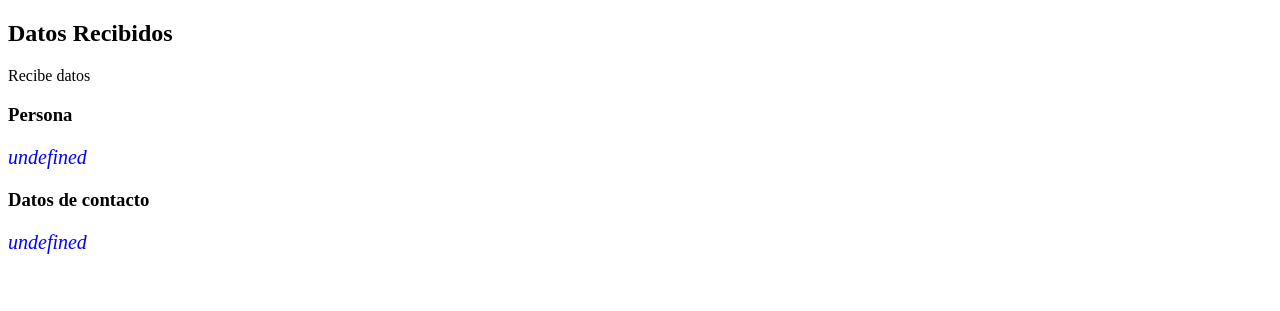
Repository: UVMCoyoacan/VEFY
Page: recibedatosFormCV.html
These files come from the project's save history. The page is drawn as it stood at one moment and after the next save; the edit follows.
The browser window is 1280 px wide. The pictures show the whole page.

Above is the page before, as saved 2024-03-01 11:59:28.
Console error: TypeError: decodeURIComponent is not iterable

After the next save:
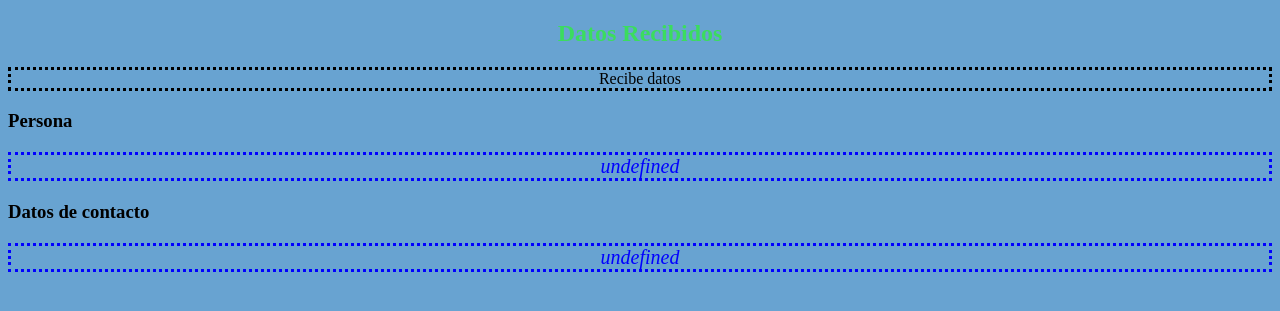
Console error: ReferenceError: ad1 is not defined
Saved 2 min 5 s later.
--- a/recibedatosFormCV.html
+++ b/recibedatosFormCV.html
@@ -1,16 +1,16 @@
 <!DOCTYPE html>
 <html>
 	<head>
+
+		<link rel="stylesheet" href="estilo1.css">
 
 
 		<script type="text/javascript">
 
 
-			function getUrlVars() {
-				//SOLO CON GET//
+			function getUrlVars() { //SOLO CON GET//
 			var vars = {};
 			//AGARRA LA URL//
-
 			var parts = window.location.href.replace(/[?&]+([^=&]+)=([^&]*)/gi,
 				function (m, key, value) {
 					if (vars[key]) {
@@ -18,7 +18,6 @@
 					} else {
 						vars[key] = [value];
 					}
-
 				});
 			console.log(vars);
 			return vars;
@@ -27,9 +26,7 @@
 				var nombre = getUrlVars()["fname"];
 				var telefono= getUrlVars()["numtel"];
                 var correo=getUrlVars()["correoele"];
-				var[key]=decodeURIComponent
 				var ops=0;
-
 
 				alert("chk= " +ops+": "+ ad1);
 		</script>

After the save that followed:
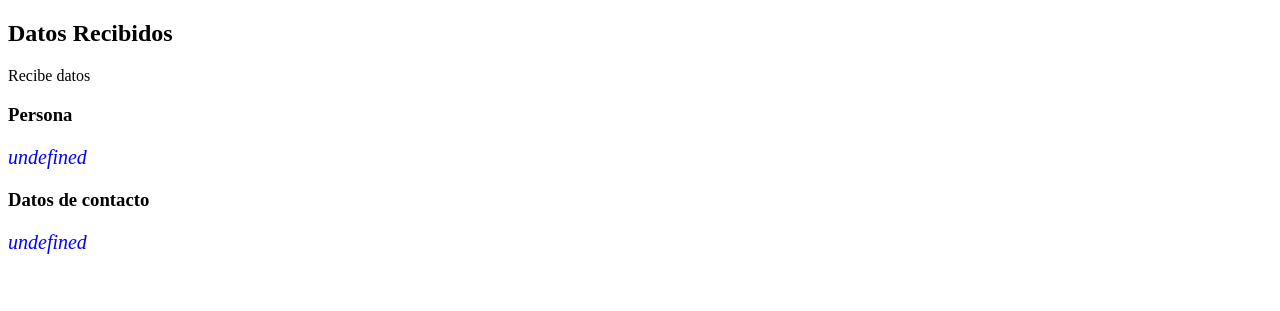
Saved 19 s later.
--- a/recibedatosFormCV.html
+++ b/recibedatosFormCV.html
@@ -1,16 +1,16 @@
 <!DOCTYPE html>
 <html>
 	<head>
-
-		<link rel="stylesheet" href="estilo1.css">
-
+		<meta charset="UTF-8" />
 
 		<script type="text/javascript">
 
 
-			function getUrlVars() { //SOLO CON GET//
+			function getUrlVars() {
+				//SOLO CON GET//
 			var vars = {};
 			//AGARRA LA URL//
+
 			var parts = window.location.href.replace(/[?&]+([^=&]+)=([^&]*)/gi,
 				function (m, key, value) {
 					if (vars[key]) {
@@ -18,6 +18,7 @@
 					} else {
 						vars[key] = [value];
 					}
+
 				});
 			console.log(vars);
 			return vars;
@@ -28,9 +29,10 @@
                 var correo=getUrlVars()["correoele"];
 				var ops=0;
 
+
 				alert("chk= " +ops+": "+ ad1);
 		</script>
-		<meta charset="UTF-8" />
+
 	</head>
 <body>
 
